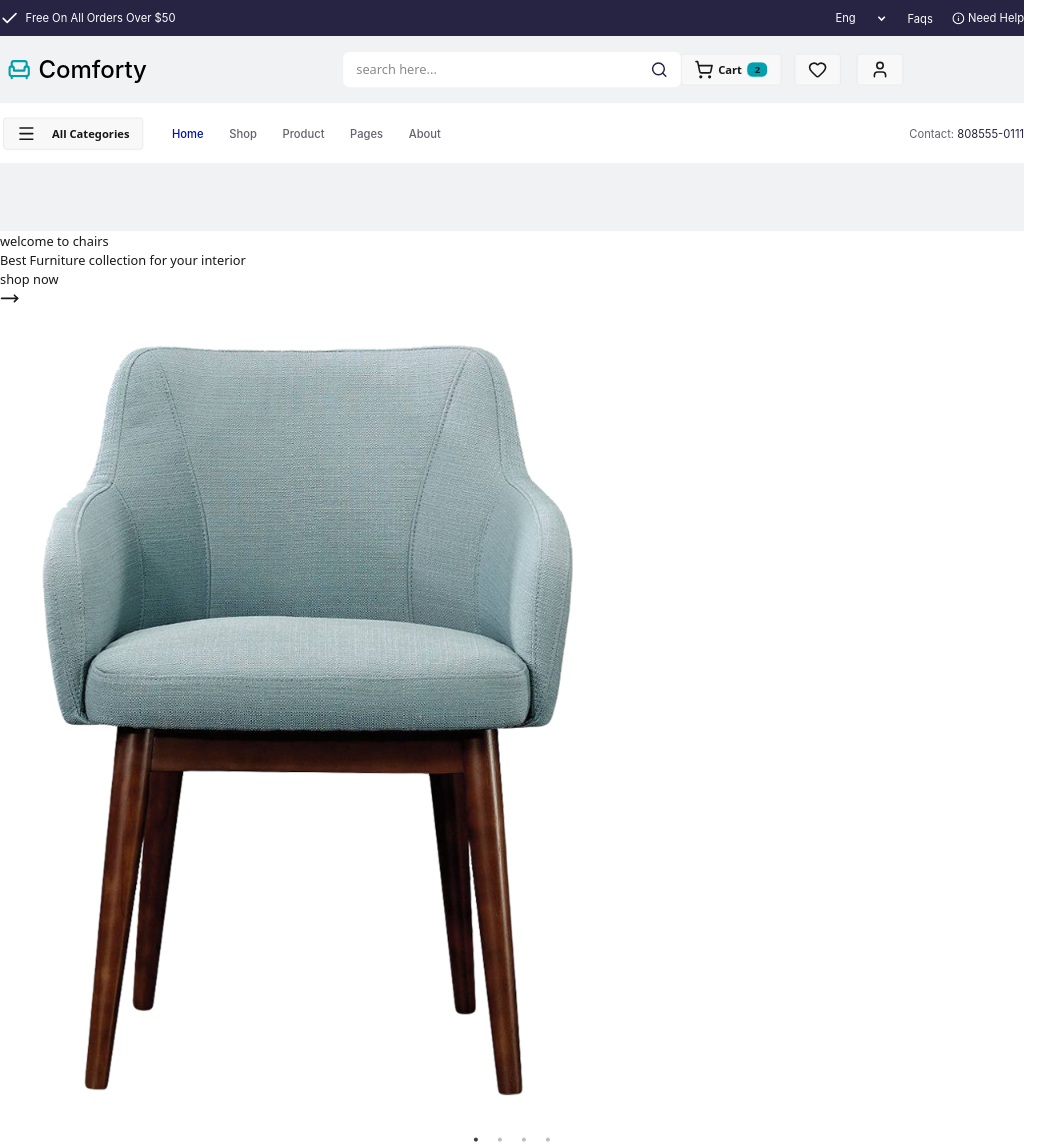
Repository: Neda0o0/store-template-website
Page: /
The author's editor kept a copy of each file at every save. The page is drawn from the files as they stood at one save, then again after the next save.
The browser window is 1280 px wide. The page is 1305 px wide, so the pictures cover 1305 px, including what lies to the right of the window. The pictures show the whole page, at 80% of full size.
The project was rebuilt for these pictures with package versions that can differ from the ones it lists, and the page was loaded fresh each time. Also part of the build but not shown: vite.config.js, src/Pages/Auth/Auth.jsx, src/Pages/Auth/Login/Login.jsx, src/Pages/Auth/Register/Register.jsx, src/Pages/Error/Error.jsx, src/AuthCheck/AuthCheck.jsx.

Above is the page before, as saved 2025-10-21 16:03:09.

### index.html
<!doctype html>
<html lang="en">
  <head>
    <meta charset="UTF-8" />
    <link rel="icon" type="image/svg+xml" href="/vite.svg" />
    <meta name="viewport" content="width=device-width, initial-scale=1.0" />
    <title>new-project</title>
  </head>
  <body>
    <div id="root"></div>
    <script type="module" src="/src/main.jsx"></script>
  </body>
</html>

### src/main.jsx
import { StrictMode } from "react";
import { createRoot } from "react-dom/client";
import MainLayout from "./MainLayout/MainLayout";
import "./index.css";

createRoot(document.getElementById("root")).render(
  <StrictMode>
    <MainLayout />
  </StrictMode>
);

### src/MainLayout/MainLayout.jsx
import { BrowserRouter, Route, Routes } from "react-router";
import Navbar from "../components/Navbar/Navbar";
import Home from "../Pages/Home/Home";
import Auth from "../Pages/Auth/Auth";
import Login from "../Pages/Auth/Login/Login";
import Register from "../Pages/Auth/Register/Register";
import Error from "../Pages/Error/Error";
import AuthCheck from "../AuthCheck/AuthCheck";

const MainLayout = () => {
  return (
    <BrowserRouter>
      {/* Navbar */}
      <Navbar />
      <Routes>
        <Route
          path="/"
          element={
            <AuthCheck>
              <Home />
            </AuthCheck>
          }
        />
        <Route path="auth" element={<Auth />}>
          <Route path="login" element={<Login />} />
          <Route path="register" element={<Register />} />
        </Route>
        {/* not found routes */}
        <Route path="*" element={<Error />} />
      </Routes>
    </BrowserRouter>
  );
};
export default MainLayout;

### src/index.css
@import "tailwindcss";
@plugin "daisyui";

/* google font inter */
@import url("https://fonts.googleapis.com/css2?family=Inter:ital,opsz,wght@0,14..32,100..900;1,14..32,100..900&display=swap");

@theme {
  --font-inter: "Inter", sans-serif;
}

### src/components/Navbar/Navbar.jsx
import {
  Armchair,
  Check,
  Info,
  Search,
  ShoppingCart,
  Heart,
  User,
  Menu,
} from "lucide-react";
import { Link, NavLink } from "react-router-dom";

const Navbar = () => {
  return (
    <div>
      {/* navbar top */}
      <div className="navbar_top flex items-center justify-center bg-[#272343] w-full h-[45px]">
        <div className="lg:container flex justify-between items-center">
          <p className="flex items-center gap-2 text-sm font-inter font-normal text-white capitalize">
            <Check />
            Free on all orders over $50
          </p>
          <div className="navbar_top_right flex items-center gap-6">
            <select
              defaultValue="Server location"
              className=" bg-none h-[30px] w-[70px] text-sm font-inter font-normal capitalize text-white"
            >
              <option>Eng</option>
              <option>Farsi</option>
            </select>
            <button>
              <Link className="text-sm text-white font-inter font-normal capitalize ">
                Faqs
              </Link>
            </button>
            <button>
              <Link className="flex items-center gap-1 text-sm  text-white font-inter font-normal capitalize">
                <Info size={16} />
                Need help
              </Link>
            </button>
          </div>
        </div>
      </div>
      {/* navbar middle */}
      <div className="navbar middle flex items-center justify-center bg-[#f0f2f3] w-full h-[84px]">
        <div className="lg:container grid grid-cols-3 items-center">
          <div className="logo_wrapper">
            <Link
              to="/"
              className="text-3xl text-black font-inter font-medium capitalize flex items-center gap-2"
            >
              <Armchair size="2rem" color="#029fae" /> Comforty
            </Link>
          </div>
          <div className="search_box">
            <form action="#" className="max-w-[443px] h-[44px] relative">
              <input
                type="text"
                placeholder="search here..."
                className=" max-w-[443px] w-full h-full bg-white rounded-lg pl-4 "
              />
              <button className="absolute to-50% right-4 translate-y-1/2">
                <Search size="22px" color="#272343" />
              </button>
            </form>
          </div>
          {/* navbar middle right */}
          <div className="navbar_middle_right flex items-center gap-4">
            <button className="btn capitalize">
              <ShoppingCart /> cart
              <div className="badge badge-sm bg-[#029fae]">2</div>
            </button>
            <button className="btn capitalize">
              <Heart />
            </button>

            <div className="dropdown">
              <div tabIndex={0} role="button" className="btn m-1">
                <User />
              </div>
              <ul
                tabIndex="-1"
                className="dropdown-content menu bg-base-100 rounded-box z-1 w-52 p-2 shadow-sm"
              >
                <li>
                  <Link>Account</Link>
                </li>
                <li>
                  <Link>Logout</Link>
                </li>
              </ul>
            </div>
          </div>
        </div>
      </div>

      {/* navbar bottom */}
      <div className="navbar_bottom flex items-center justify-center w-full h-[75px] bg-white border-[#ele3e5]">
        <div className="lg:container flex items-center justify-between">
          <div className="navbar_bottom_left flex items-center gap-8">
            <div className="dropdown dropdown-start">
              <div
                tabIndex={0}
                role="button"
                className="btn m-1 flex items-center gap-5 capitalize"
              >
                <Menu /> all categories
              </div>
              <ul
                tabIndex="-1"
                className="dropdown-content menu bg-base-100 rounded-box z-1 w-52 p-2 shadow-sm"
              >
                <li>
                  <a>Chair</a>
                </li>
                <li>
                  <a>Pant</a>
                </li>
                <li>
                  <a>Shirt</a>
                </li>
                <li>
                  <a>T-shirt</a>
                </li>
              </ul>
            </div>
            <nav className="flex items-center gap-8">
              <NavLink
                to="/"
                className="text-sm text-[#020fae] font-inter font-medium capitalize"
              >
                Home
              </NavLink>
              <NavLink className="text-sm text-[#636270] font-inter font-medium capitalize">
                shop
              </NavLink>
              <NavLink className="text-sm text-[#636270] font-inter font-medium capitalize">
                product
              </NavLink>
              <NavLink className="text-sm text-[#636270] font-inter font-medium capitalize">
                pages
              </NavLink>
              <NavLink className="text-sm text-[#636270] font-inter font-medium capitalize">
                about
              </NavLink>
            </nav>
          </div>

          <div className="navbar_bottom_right">
            <p className="text-sm text-[#636270] font-inter font-normal capitalize">
              contact: <span className="text-[#272343]">{808}555-0111</span>
            </p>
          </div>
        </div>
      </div>
    </div>
  );
};
export default Navbar;

### src/Pages/Home/Home.jsx
import Banner from "../../components/Banner/Banner";
const Home = () => {
  return (
    <div>
      {/* banner component */}
      <div className="w-full bg-[#f0f2f3] min-h-[85px] flex items-center justify-center "></div>
      <Banner></Banner>
    </div>
  );
};
export default Home;

### src/components/Banner/Banner.jsx
import "slick-carousel/slick/slick.css";
import "slick-carousel/slick/slick-theme.css";
import Slider from "react-slick";
import { MoveRight } from "lucide-react";

const Banner = () => {
  const products = [
    {
      id: 1,
      title: "Best Furniture collection for your interior ",
      subTitle: "welcome to chairs",
      image: "/src/assets/Banner/banner_image.png",
    },
    {
      id: 2,
      title: "Best Furniture collection for your interior ",
      subTitle: "welcome to chairs",
      image: "/src/assets/Banner/banner_image.png",
    },
    {
      id: 3,
      title: "Best Furniture collection for your interior ",
      subTitle: "welcome to chairs",
      image: "/src/assets/Banner/banner_image.png",
    },
    {
      id: 4,
      title: "Best Furniture collection for your interior ",
      subTitle: "welcome to chairs",
      image: "/src/assets/Banner/banner_image.png",
    },
  ];
  const settings = {
    dots: true,
    infinite: true,
    speed: 500,
    slidesToShow: 1,
    slidesToScroll: 1,
  };
  return (
    <div className="lg:container ">
      <div className="slider-container">
        <Slider {...settings}>
          {products?.map((product) => (
            <div key={product?.id} className="banner_slide_item">
              {/* banner text */}
              <div className="banner_text">
                <p>{product?.subTitle}</p>
                <h3>{product?.title}</h3>
                <button>
                  shop now <MoveRight />
                </button>
              </div>

              {/* banner image */}
              <div className="banner_image">
                <img src={product?.image} alt={product?.title} />
              </div>
            </div>
          ))}
        </Slider>
      </div>
    </div>
  );
};
export default Banner;

After the next save:
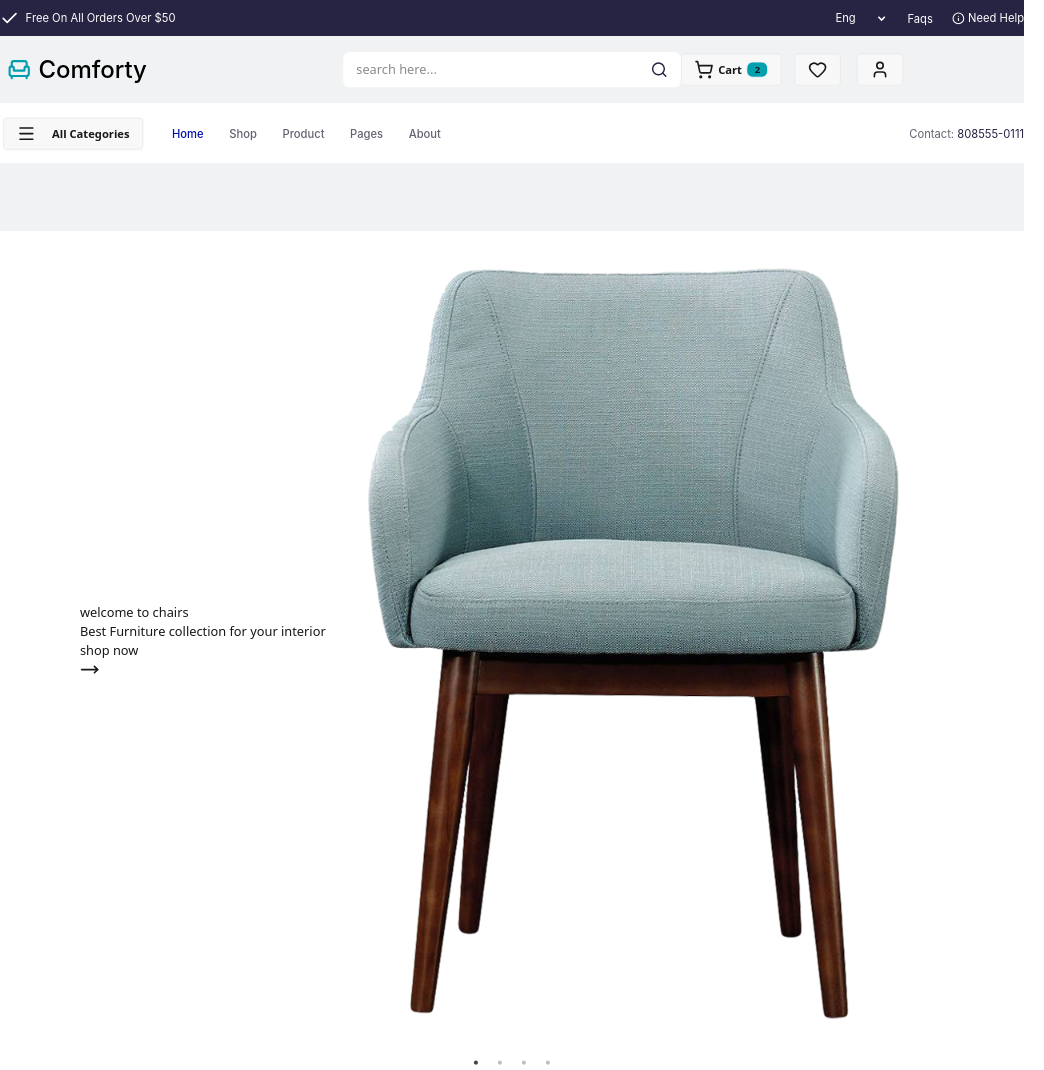
Saved 90 s later.
--- a/src/index.css
+++ b/src/index.css
@@ -7,3 +7,9 @@
 @theme {
   --font-inter: "Inter", sans-serif;
 }
+
+.banner_slide_item {
+  display: flex !important;
+  justify-content: center;
+  align-items: center;
+}
